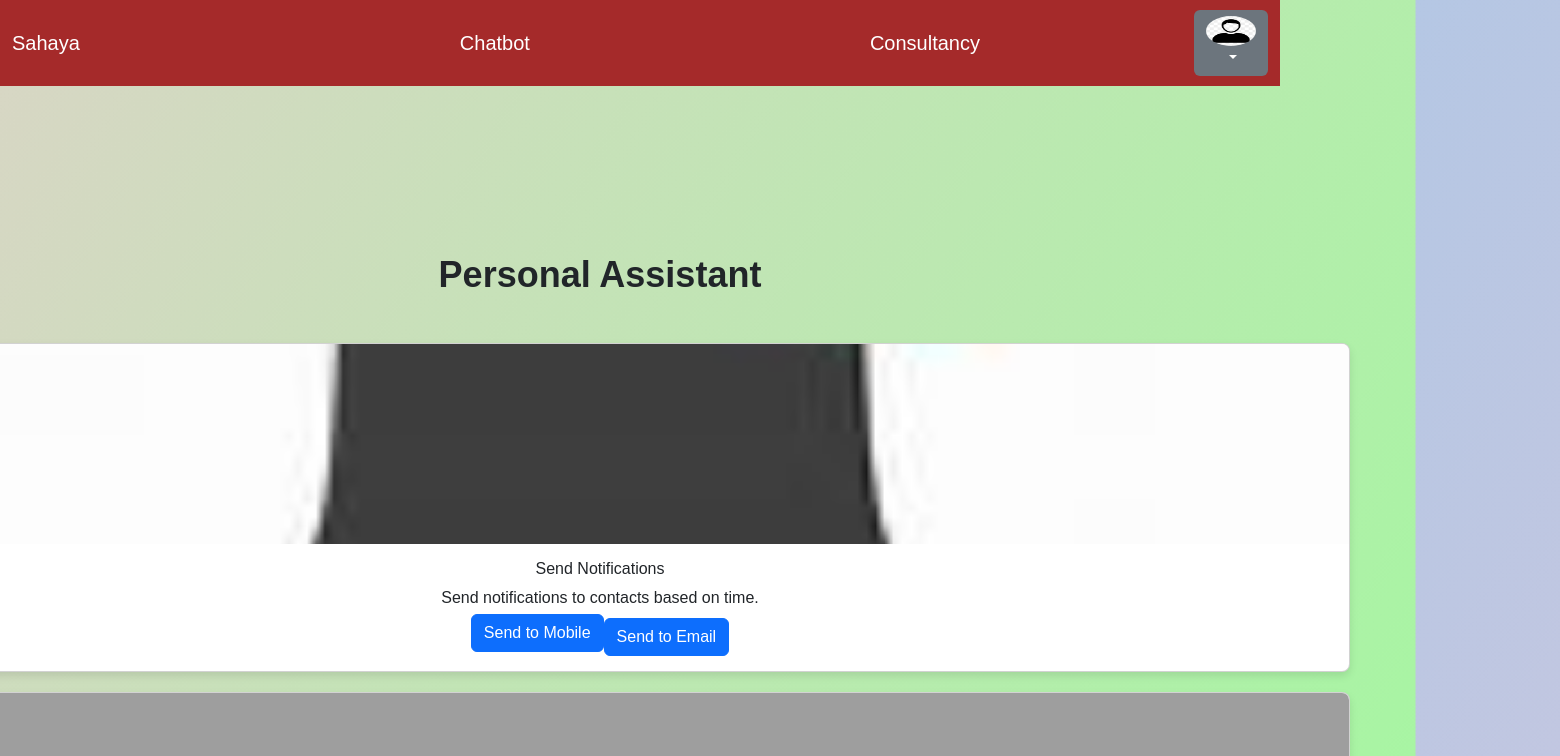
Repository: arunyerram/SahayA
Page: /personal-assistant (app in my-app2/)
An editor plug-in stored every save of this project. The page is shown before and after a run of saves, followed by the edit.
The browser window is 1280 px wide. The page is 1560 px wide, so the pictures cover 1560 px, including what lies to the right of the window. The pictures show the part of the page from y = 0 to 756 px (the page is 1725 px tall).
Pictures or frames that could not be fetched are drawn as grey boxes. The page's requests for data from a server got no answer. Some web libraries are served in a nearby version. The project was rebuilt for these pictures with package versions that can differ from the ones it lists, and the page was loaded fresh each time. Some packages were replaced by stand-ins written for this rebuild. No one was signed in, and anything a server would have sent is missing. Also part of the build but not shown: my-app2/src/components/About.js, my-app2/src/components/Chatbot.js, my-app2/src/components/Consultancy.js, my-app2/src/components/ContactUs.js, my-app2/src/components/Feedback.css, my-app2/src/components/Feedback.js, my-app2/src/components/Character.js, my-app2/src/components/Home.js and 8 more.

Above is the page before, as saved 2024-12-24 13:26:34.

### my-app2/public/index.html
<!DOCTYPE html>
<html lang="en">
  <head>
    <meta charset="utf-8" />
    <link rel="icon" href="%PUBLIC_URL%/favicon.ico" />
    <meta name="viewport" content="width=device-width, initial-scale=1" />
    <meta name="theme-color" content="#000000" />
    <meta
      name="description"
      content="Web site created using create-react-app"
    />
    <link rel="apple-touch-icon" href="%PUBLIC_URL%/logo192.png" />
    <!--
      manifest.json provides metadata used when your web app is installed on a
      user's mobile device or desktop. See https://developers.google.com/web/fundamentals/web-app-manifest/
    -->
    <link rel="manifest" href="%PUBLIC_URL%/manifest.json" />
    <link
      href="https://cdn.jsdelivr.net/npm/bootstrap@5.3.0-alpha3/dist/css/bootstrap.min.css"
      rel="stylesheet"
    />
    <script
      src="https://cdn.jsdelivr.net/npm/bootstrap@5.3.0-alpha3/dist/js/bootstrap.bundle.min.js"
      defer
    ></script>
    <script src="https://cdnjs.cloudflare.com/ajax/libs/bodymovin/5.7.8/lottie.min.js"></script>
    <script src="https://cdn.botpress.cloud/webchat/v2.2/inject.js"></script>
    <script src="https://files.bpcontent.cloud/2024/12/11/07/20241211074923-A6NCKAAG.json"></script>

    <!--
      Notice the use of %PUBLIC_URL% in the tags above.
      It will be replaced with the URL of the `public` folder during the build.
      Only files inside the `public` folder can be referenced from the HTML.

      Unlike "/favicon.ico" or "favicon.ico", "%PUBLIC_URL%/favicon.ico" will
      work correctly both with client-side routing and a non-root public URL.
      Learn how to configure a non-root public URL by running `npm run build`.
    -->
    <title>React App</title>
    <script src="https://cdn.tailwindcss.com"></script>

  </head>
  <body>
    <noscript>You need to enable JavaScript to run this app.</noscript>
    <div id="root"></div>
    <!--
      This HTML file is a template.
      If you open it directly in the browser, you will see an empty page.

      You can add webfonts, meta tags, or analytics to this file.
      The build step will place the bundled scripts into the <body> tag.

      To begin the development, run `npm start` or `yarn start`.
      To create a production bundle, use `npm run build` or `yarn build`.
    -->
  </body>
</html>

### my-app2/src/index.css
@tailwind base;
@tailwind components;
@tailwind utilities;


@import url("https://fonts.googleapis.com/css?family=Fira+Sans:400,500,600,700,800");

* {
  box-sizing: border-box;
}

body {
  min-height: 100vh;
  display: flex;
  justify-content: center;
  align-items: center;
  font-family: "Fira Sans", sans-serif;
  background-color: #f8f9fa; /* Light background for contrast */
  margin: 0;
}

.auth-wrapper {
  display: flex;
  justify-content: center;
  align-items: center;
  text-align: left;
  width: 100%;
}

.auth-inner {
  width: 420px; /* Reduced width for a compact size */
  height: 405px;
  background: #ffffff;
  box-shadow: 0px 10px 30px rgba(34, 35, 58, 0.2);
  padding: 20px;
  border-radius: 8px;
  transition: all 0.3s;
}

.auth-inner h3 {
  text-align: center;
  margin: 0 0 15px 0;
  font-size: 18px;
}

.auth-inner .form-control {
  width: 100%;
  height: 35px; /* Reduced height */
  border-radius: 4px;
  border: 1px solid #ced4da;
  padding: 8px;
  font-size: 14px;
}

.auth-inner .form-control:focus {
  border-color: #167bff;
  box-shadow: 0 0 4px rgba(22, 123, 255, 0.4);
}

.auth-inner .btn-primary {
  width: 100%;
  height: 35px; /* Reduced height */
  font-size: 14px;
  font-weight: 500;
  border-radius: 4px;
  background-color: #167bff;
  border: none;
  transition: background-color 0.3s ease;
}

.auth-inner .btn-primary:hover {
  background-color: #0056b3;
}

.forgot-password {
  text-align: center;
  font-size: 12px; /* Reduced font size */
  padding-top: 10px;
  color: #7f7d7d;
}

.forgot-password a {
  color: #167bff;
  text-decoration: none;
}

.forgot-password a:hover {
  text-decoration: underline;
}

.continue-p {
  font-size: 11px;
  color: #b2b2b2;
  font-weight: 600;
  margin-top: 1rem;
  text-align: center;
}

/* Responsive Design */
@media (max-width: 576px) {
  .auth-inner {
    width: 85%;
    padding: 15px;
  }
}

### my-app2/src/App.css

@tailwind base;
@tailwind components;
@tailwind utilities;

.App {
  text-align: center;
  margin-top:80px;
  margin-bottom:120px;
  margin-left:120px;
  margin-right:120px;
}

.App-logo {
  height: 40vmin;
  pointer-events: none;
}

@media (prefers-reduced-motion: no-preference) {
  .App-logo {
    animation: App-logo-spin infinite 20s linear;
  }
  margin-top:190px;
  margin-bottom:120px;
  margin-left:120px;
  margin-right:120px;
}

.App-header {
  background-color: brown;
  min-height: 100vh;
  display: flex;
  flex-direction: column;
  align-items: center;
  justify-content: center;
  font-size: calc(10px + 2vmin);
  color: black;
}

.App-link {
  color: #61dafb;
}

.container{
  margin-top: 10px;
}
@keyframes App-logo-spin {
  from {
    transform: rotate(0deg);
  }
  to {
    transform: rotate(360deg);
  }
}





.meditation-container {
  margin: 0;
  padding: 0;
  /* display: ; */
  flex-direction: column;
  align-items: center;
  height: 10vh;
}

.controls {
  /* display: flex; */
  justify-content: center;
  gap: 10px;
  margin-bottom: 20px;
}

.emotion-btn {
  padding: 10px 20px;
  border: none;
  cursor: pointer;
  border-radius: 5px;
  background-color: #007bff;
  color: white;
  transition: background-color 0.3s ease;
}

.emotion-btn:hover {
  background-color: #0056b3;
}

.meditation-ui canvas {
  margin: 20px auto;
  height: 400px;
  width: 80%;
}

### my-app2/src/components/PersonalAssistant.js
import React, { useState, useEffect } from "react";
import { Link } from "react-router-dom";  // Import Link from react-router-dom
import Nav from "./Nav";
import Footer from "./Footer";
import "./Consultancy.css";

const PersonalAssistant = () => {
  const [currentTime, setCurrentTime] = useState("");
  const [todoList, setTodoList] = useState([]);

  useEffect(() => {
    // Update the current time every minute
    const interval = setInterval(() => {
      const time = new Date();
      setCurrentTime(time.toLocaleTimeString());
    }, 60000); // Refresh every minute

    return () => clearInterval(interval);
  }, []);

  const handleSendNotification = (method) => {
    // Logic for sending notifications based on the current time
    const notificationMessage = `Notification sent at ${currentTime}`;
    alert(`${notificationMessage} via ${method}`);
  };

  const handleAddToDo = (task) => {
    setTodoList([...todoList, task]);
  };

  return (
    <>
      <Nav />
      <div className="consultancy-container">
        <h1 className="text-4xl font-bold mb-5">Personal Assistant</h1>
        <div className="profiles-grid mt-10 mb-10">
          {/* Card 1: Notification sending */}
          <div className="card">
          <img
            src="/images/notify.jpg" // Correct path from the public folder
            className="card-img-top"
            alt="Send Notifications"
            height="50"
            width="50"
            />
            <div className="card-body">
              <h5 className="card-title">Send Notifications</h5>
              <p className="card-text">Send notifications to contacts based on time.</p>
              <button
                className="btn btn-primary"
                onClick={() => handleSendNotification("Mobile")}
              >
                Send to Mobile
              </button>
              <button
                className="btn btn-primary mt-2"
                onClick={() => handleSendNotification("Email")}
              >
                Send to Email
              </button>
            </div>
          </div>

          {/* Card 2: To-Do List Tracker */}
          <Link to="/tasksDone" className="card">
            <img
              src=".../public/images/TaskTracker_logo.png" // Continuous and meaningful image for tasks
              className="card-img-top"
              alt="To-Do List Tracker"
            />
            <div className="card-body">
              <h5 className="card-title">To-Do List Tracker</h5>
              <p className="card-text">Track tasks and add new ones to stay organized.</p>
              <input
                type="text"
                id="taskInput"
                className="form-control"
                placeholder="Enter task"
              />
              <button
                className="btn btn-primary mt-2"
                onClick={() => {
                  const task = document.getElementById("taskInput").value;
                  if (task) handleAddToDo(task);
                }}
              >
                Add Task
              </button>
              <ul className="mt-3">
                {todoList.map((task, index) => (
                  <li key={index}>{task}</li>
                ))}
              </ul>
            </div>
          </Link>
        </div>
      </div>
      <Footer />
    </>
  );
};

export default PersonalAssistant;

### my-app2/src/components/About.css
/* Reset Margin, Padding, and Set Box-sizing */
* {
    margin: 0;
    padding: 0;
    box-sizing: border-box;
  }

  /* Main Container with Background */
  .about-container {
    background: linear-gradient(to right, #e0eafc, #cfdef3);
    padding: 40px 20px;
    margin-top:450px;
    animation: fadeIn 1.5s ease-in;
    min-height: 100vh;
  }

  /* About Section - Larger Width */
  .about-content {
    width: 100%; /* Make it span the full viewport width */
    max-width: 1500px; /* Expanded max-width */
    margin: 0 auto;
    background-color: #ffffff;
    padding: 40px;
    border-radius: 10px;
    box-shadow: 0 4px 8px rgba(0, 0, 0, 0.2);
    text-align: justify;
    animation: slideUp 1s ease-out;
  }

  /* Title Section */
  .about-title {
    font-size: 3rem;
    color: #333;
    margin-bottom: 30px;
    text-align: center;
  }

  /* Text Section */
  .about-text {
    font-size: 1.2rem;
    line-height: 1.8;
    margin: 10px 0;
    color: #555;
  }

  /* Animations */
  @keyframes slideUp {
    0% {
      transform: translateY(20px);
      opacity: 0.5;
    }
    100% {
      transform: translateY(0);
      opacity: 1;
    }
  }

  @keyframes fadeIn {
    from {
      opacity: 0;
    }
    to {
      opacity: 1;
    }
  }

  /* Responsive Scaling for Mobile Devices */
  @media screen and (max-width: 768px) {
    .about-title {
      font-size: 2.2rem;
    }

    .about-text {
      font-size: 1rem;
    }
  }

### my-app2/src/components/Consultancy.css
.consultancy-container {
  padding: 10px;
  margin-right: 80px;
  margin-left: 0px;
  margin-top: 1250px;
  margin-bottom: 140px;
}

.profiles-grid {
  display: grid;
  grid-template-columns: 1fr; /* Ensures cards are displayed one by one */
  gap: 20px; /* Adds space between cards */
}

.card {
  box-shadow: 0 4px 8px rgba(0, 0, 0, 0.1);
  border-radius: 8px;
  overflow: hidden;
  transition: transform 0.2s ease-in-out;
  width: 1500px;
}

.card:hover {
  transform: translateY(-5px); /* Adds a hover effect */
}

.card-img-top {
  width: 100%;
  height: 200px;
  object-fit: cover;
}

.card-body {
  padding: 15px;
}

.modal {
  /* z-index: 1000; Ensures the modal appears on top of everything */
}

### my-app2/src/components/Home.css
/* General Styles */
body {
  margin: 0;
  padding: 0;
  font-family: Arial, sans-serif;
}

/* Navbar Styling */
.navbar {
  display: flex;
  justify-content: space-around;
  align-items: center;
  background-color: #b71c1c;
  color: white;
  padding: 10px 0;
  font-size: 18px;
}

/* Main Content Styling */
.home-container {
  position: relative;
  height: 100vh;
  background: linear-gradient(to bottom right, #f5f7fa, #c3cfe2);
  overflow: hidden;
}

/* Emoji Container */
.emoji-container {
  position: relative;
  width: 400px;
  height: 400px;
  margin: 50px auto;
  border-radius: 50%;
  display: flex;
  align-items: center;
  justify-content: center;
}

.central-point {
  position: absolute;
  font-size: 48px;
}

.emoji {
  position: absolute;
  font-size: 32px;
  top: 50%;
  left: 50%;
  transform-origin: center;
}

/* Button Group */
.button-group {
  display: flex;
  justify-content: center;
  gap: 20px;
  margin-top: 20px;
}

.action-button {
  background-color: #4caf50;
  color: white;
  border: none;
  padding: 10px 20px;
  font-size: 16px;
  border-radius: 5px;
  cursor: pointer;
  transition: background-color 0.3s ease;
}

.action-button:hover {
  background-color: #388e3c;
}

/* Feedback Button */
.feedback-button {
  position: absolute;
  bottom: 20px;
  right: 20px;
  background-color: #ff5722;
  color: white;
  border: none;
  padding: 10px 15px;
  font-size: 16px;
  border-radius: 5px;
  cursor: pointer;
  transition: background-color 0.3s ease;
}

.feedback-button:hover {
  background-color: #e64a19;
}

### my-app2/src/components/Login.css
/* Animated Background */
body {
    margin: 22px;
    font-family: Arial, sans-serif;
    background: linear-gradient(120deg, #A7C7E7, #F1C6D6, #98FF98);
    background-size: 400% 400%;
    animation: gradientAnimation 15s ease infinite;
    height: 10px;
    display: flex;
    align-items: center;
    justify-content: center;
    /* position:fixed; */
  }

  /* Animation Keyframes */
  @keyframes gradientAnimation {
    0% { background-position: 0% 50%; }
    50% { background-position: 100% 50%; }
    100% { background-position: 0% 50%; }
  }

  /* Wrapper for Auth Components */
  /* .auth-wrapper {
    width: 100%;
    max-width: 400px;
    background: rgba(255, 255, 255, 0.9);
    padding: 20px;
    border-radius: 15px;
    box-shadow: 0 4px 15px rgba(0, 0, 0, 0.2);
  }
   */
  /* Inner Form Styling */
  /* .auth-inner {
    display: flex;
    flex-direction: column;
  } */

  .auth-wrapper {
    background-image: url('../images/SahayA.jpg'); /* Replace with your image URL */
    background-size: cover;
    background-position: center;
    marginTop:60px;
    /* background: rgba(255, 255, 255, 0.9); */
    height: 100vh; /* Adjust the height as needed */
    width: 200vh; /* Adjust the width as needed */
    display: flex;
    justify-content: center;
    align-items: center;
  }

  .auth-inner {
    background-color: rgba(255, 255, 255, 0.8); /* Optional: Makes the form container semi-transparent */
    padding: 30px;
    border-radius: 8px;
    width: 100%;
    max-width: 400px; /* Adjust based on your design */
  }


  /* Input Fields */
  input {
    border: 1px solid #ccc;
    padding: 10px;
    border-radius: 5px;
    width: 100%;
  }

  /* Submit Button */
  button {
    background-color: #4CAF50;
    color: white;
    border: none;
    padding: 10px;
    border-radius: 5px;
    cursor: pointer;
  }

  button:hover {
    background-color: #45a049;
  }

  /* Register Link */
  .forgot-password a {
    color: #007BFF;
    text-decoration: none;
  }

  .forgot-password a:hover {
    text-decoration: underline;
  }

### my-app2/src/components/TasksDone.css
/* Global styles */
body {
    font-family: 'Arial', sans-serif;
    background-color: #f4f7fc;
    margin: 0;
    padding: 0;
  }

  .tasks-container {
    max-width: 700px;
    margin: 50px auto;
    padding: 20px;
    background-color: white;
    border-radius: 8px;
    box-shadow: 0 4px 10px rgba(0, 0, 0, 0.1);
    transition: transform 0.3s ease;
  }

  .tasks-container:hover {
    transform: scale(1.02);
  }

  .tasks-title {
    font-size: 30px;
    color: #333;
    margin-bottom: 20px;
    text-align: center;
  }

  .task-input-container {
    display: flex;
    justify-content: space-between;
    margin-bottom: 20px;
  }

  .task-input {
    width: 80%;
    padding: 10px;
    border: 2px solid #ddd;
    border-radius: 5px;
    font-size: 16px;
  }

  .add-task-button {
    background-color: #007bff;
    color: white;
    padding: 10px 15px;
    font-size: 16px;
    border: none;
    border-radius: 5px;
    cursor: pointer;
    transition: background-color 0.3s ease;
  }

  .add-task-button:hover {
    background-color: #0056b3;
  }

  .loading-message {
    text-align: center;
    font-size: 18px;
    color: #999;
  }

  .tasks-list {
    list-style-type: none;
    padding: 0;
  }

  .task-item {
    display: flex;
    justify-content: space-between;
    align-items: center;
    padding: 15px;
    margin-bottom: 10px;
    background-color: #fff;
    border-radius: 5px;
    border: 1px solid #ddd;
    transition: background-color 0.3s ease, transform 0.3s ease;
  }

  .task-item:hover {
    background-color: #f1f1f1;
    transform: scale(1.02);
  }

  .task-item.completed .task-text {
    text-decoration: line-through;
    color: #777;
  }

  .task-text {
    font-size: 18px;
    color: #333;
    cursor: pointer;
    transition: color 0.3s ease;
  }

  .task-text:hover {
    color: #007bff;
  }

  .delete-task-button {
    background-color: #e63946;
    color: white;
    border: none;
    padding: 8px 12px;
    font-size: 14px;
    border-radius: 5px;
    cursor: pointer;
    transition: background-color 0.3s ease;
  }

  .delete-task-button:hover {
    background-color: #d62828;
  }

### my-app2/tailwind.config.js
module.exports = {
  darkMode: 'class', // Enable dark mode by adding the 'dark' class
  theme: {
    extend: {
      colors: {
        background: '#1a202c', // Example dark mode background color
      },
    },
  },
  plugins: [],
};

Loaded but not shown: my-app2/src/index.js (common file); my-app2/src/reportWebVitals.js (common file); my-app2/src/components/Nav.js (437 lines, source omitted); my-app2/src/components/Footer.js (194 lines, source omitted); my-app2/src/components/Firebase.js (271 lines, source omitted); my-app2/src/App.js (155 lines, source omitted)

After the next 2 saves:
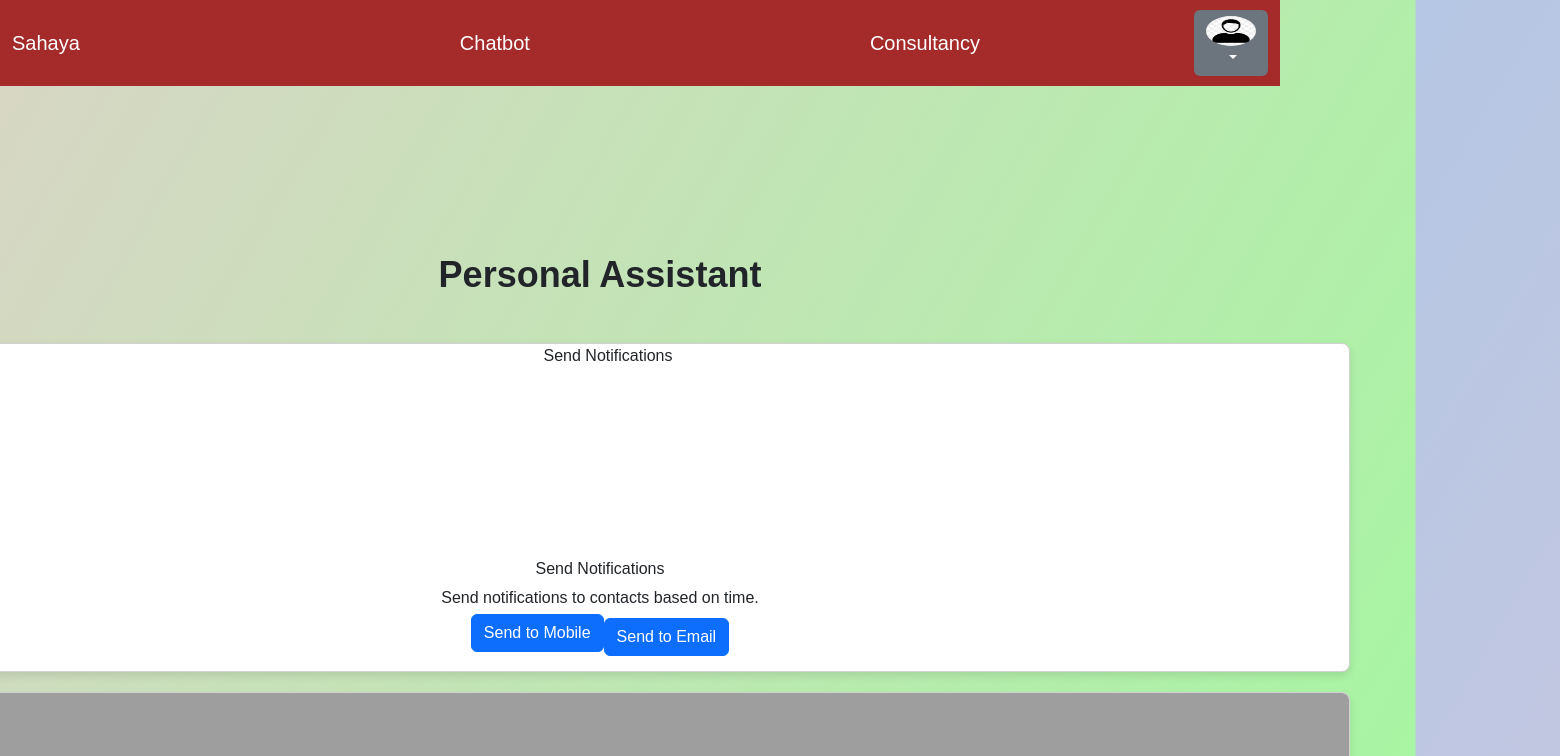
Not found: .../images/notify.jpg
The 2 saves are shown as one change because they came seconds apart.
The last was saved 9 s later.
--- a/my-app2/src/components/PersonalAssistant.js
+++ b/my-app2/src/components/PersonalAssistant.js
@@ -37,7 +37,7 @@
           {/* Card 1: Notification sending */}
           <div className="card">
           <img
-            src="/images/notify.jpg" // Correct path from the public folder
+            src=".../images/notify.jpg" // Correct path from the public folder
             className="card-img-top"
             alt="Send Notifications"
             height="50"

After the 4 saves that followed:
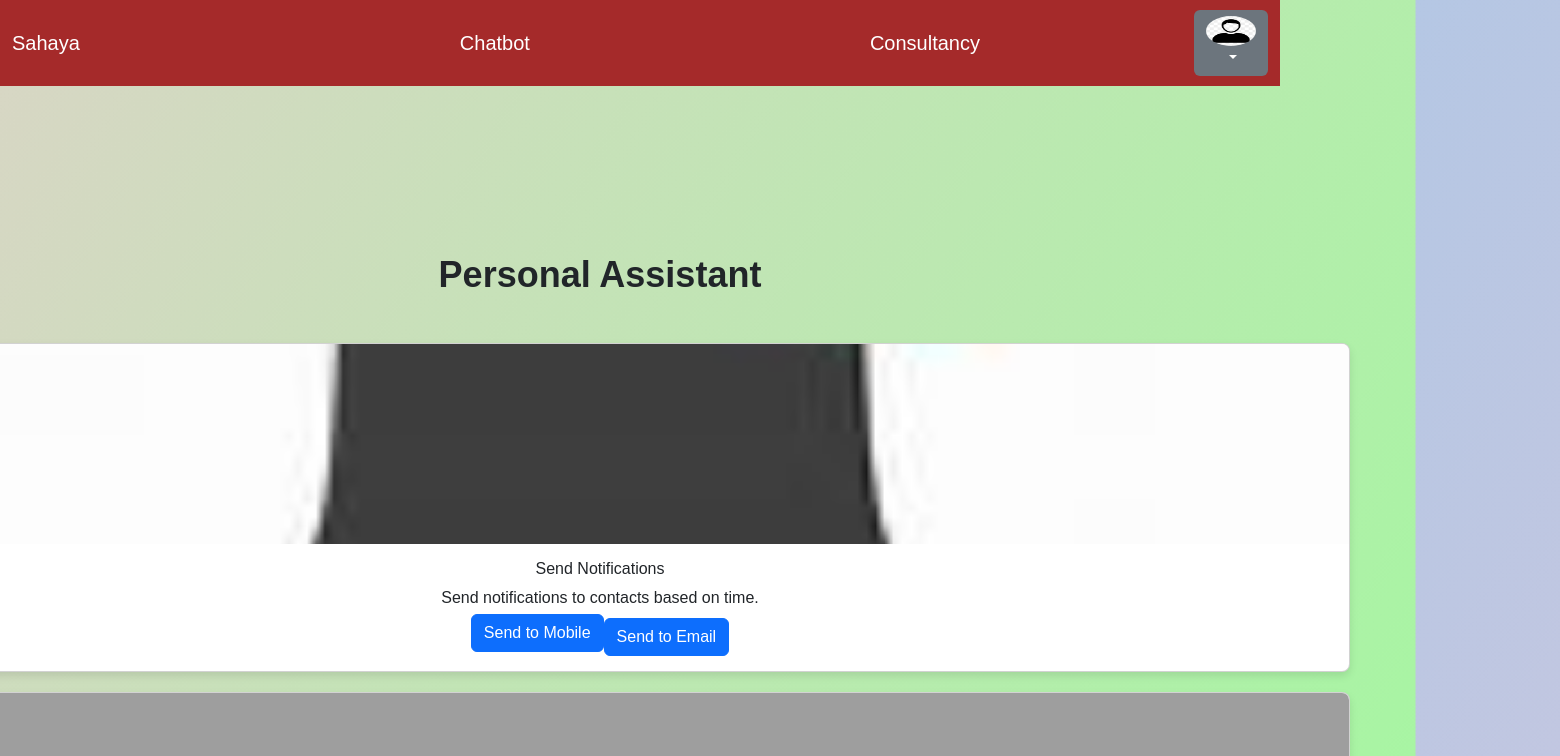
The 4 saves are shown as one change because 3 left the picture as it was.
The last was saved 4 min 2 s later.
--- a/my-app2/src/components/PersonalAssistant.js
+++ b/my-app2/src/components/PersonalAssistant.js
@@ -37,7 +37,7 @@
           {/* Card 1: Notification sending */}
           <div className="card">
           <img
-            src=".../images/notify.jpg" // Correct path from the public folder
+            src="/images/notify.jpg" // Correct path from the public folder
             className="card-img-top"
             alt="Send Notifications"
             height="50"
